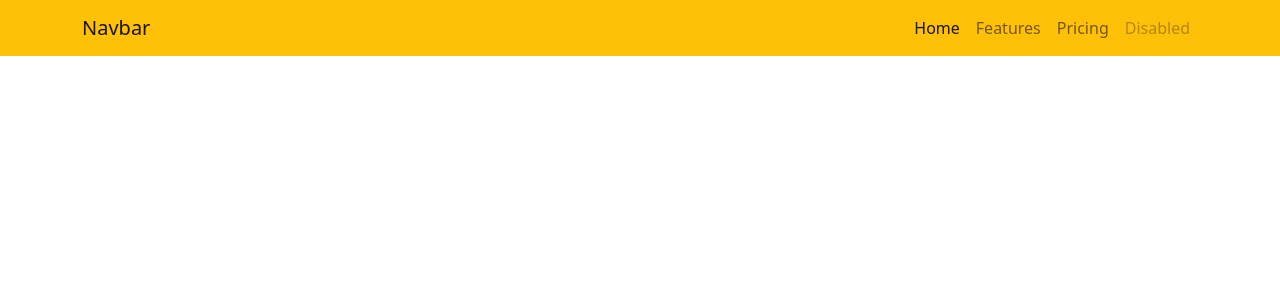
Repository: Novemberdad/gemilangtech.github.io
Page: index.html
An editor plug-in stored every save of this project. The page is shown before and after the next save, followed by the edit.
The browser window is 1280 px wide. The pictures show the whole page.

Above is the page before, as saved 2021-07-20 23:11:41.

### index.html
<!DOCTYPE html>
<html lang="en">

<head>
    <!-- Required meta tags -->
    <meta charset="utf-8" />
    <meta name="viewport" content="width=device-width, initial-scale=1" />

    <!-- Bootstrap CSS -->
    <link href="https://cdn.jsdelivr.net/npm/bootstrap@5.0.2/dist/css/bootstrap.min.css" rel="stylesheet" integrity="sha384-EVSTQN3/azprG1Anm3QDgpJLIm9Nao0Yz1ztcQTwFspd3yD65VohhpuuCOmLASjC" crossorigin="anonymous" />

    <title>My Portofoliio</title>
    <style>
        h1 {
            text-align: center;
            color: blue;
        }
    </style>
</head>

<body>
    <!--NAVBAR-->
    <nav class="navbar navbar-expand-lg navbar-light bg-warning">
        <div class="container">
            <a class="navbar-brand" href="#">Navbar</a>
            <button class="navbar-toggler" type="button" data-bs-toggle="collapse" data-bs-target="#navbarNav" aria-controls="navbarNav" aria-expanded="false" aria-label="Toggle navigation">
          <span class="navbar-toggler-icon"></span>
        </button>
            <div class="collapse navbar-collapse" id="navbarNav">
                <ul class="navbar-nav ms-auto">
                    <li class="nav-item">
                        <a class="nav-link active" aria-current="page" href="#">Home</a>
                    </li>
                    <li class="nav-item">
                        <a class="nav-link" href="#">Features</a>
                    </li>
                    <li class="nav-item">
                        <a class="nav-link" href="#">Pricing</a>
                    </li>
                    <li class="nav-item">
                        <a class="nav-link disabled" href="#" tabindex="-1" aria-disabled="true">Disabled</a>
                    </li>
                </ul>
            </div>
        </div>
    </nav>
    <!--AKHIR NAVBAR-->
    <script src="https://cdn.jsdelivr.net/npm/bootstrap@5.0.2/dist/js/bootstrap.bundle.min.js" integrity="sha384-MrcW6ZMFYlzcLA8Nl+NtUVF0sA7MsXsP1UyJoMp4YLEuNSfAP+JcXn/tWtIaxVXM" crossorigin="anonymous"></script>

    <!-- Option 2: Separate Popper and Bootstrap JS -->
    <!--
    <script src="https://cdn.jsdelivr.net/npm/@popperjs/core@2.9.2/dist/umd/popper.min.js" integrity="sha384-IQsoLXl5PILFhosVNubq5LC7Qb9DXgDA9i+tQ8Zj3iwWAwPtgFTxbJ8NT4GN1R8p" crossorigin="anonymous"></script>
    <script src="https://cdn.jsdelivr.net/npm/bootstrap@5.0.2/dist/js/bootstrap.min.js" integrity="sha384-cVKIPhGWiC2Al4u+LWgxfKTRIcfu0JTxR+EQDz/bgldoEyl4H0zUF0QKbrJ0EcQF" crossorigin="anonymous"></script>
    -->
</body>

</html>

After the next save:
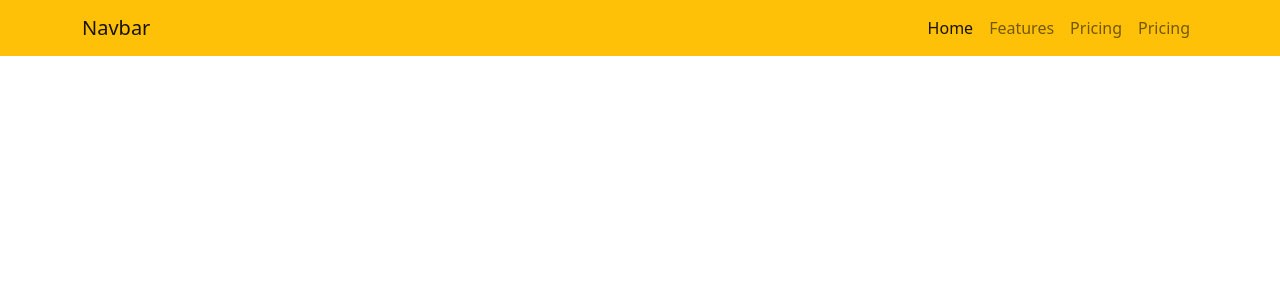
Saved 2 min 37 s later.
--- a/index.html
+++ b/index.html
@@ -38,7 +38,7 @@
                         <a class="nav-link" href="#">Pricing</a>
                     </li>
                     <li class="nav-item">
-                        <a class="nav-link disabled" href="#" tabindex="-1" aria-disabled="true">Disabled</a>
+                        <a class="nav-link" href="#">Pricing</a>
                     </li>
                 </ul>
             </div>
